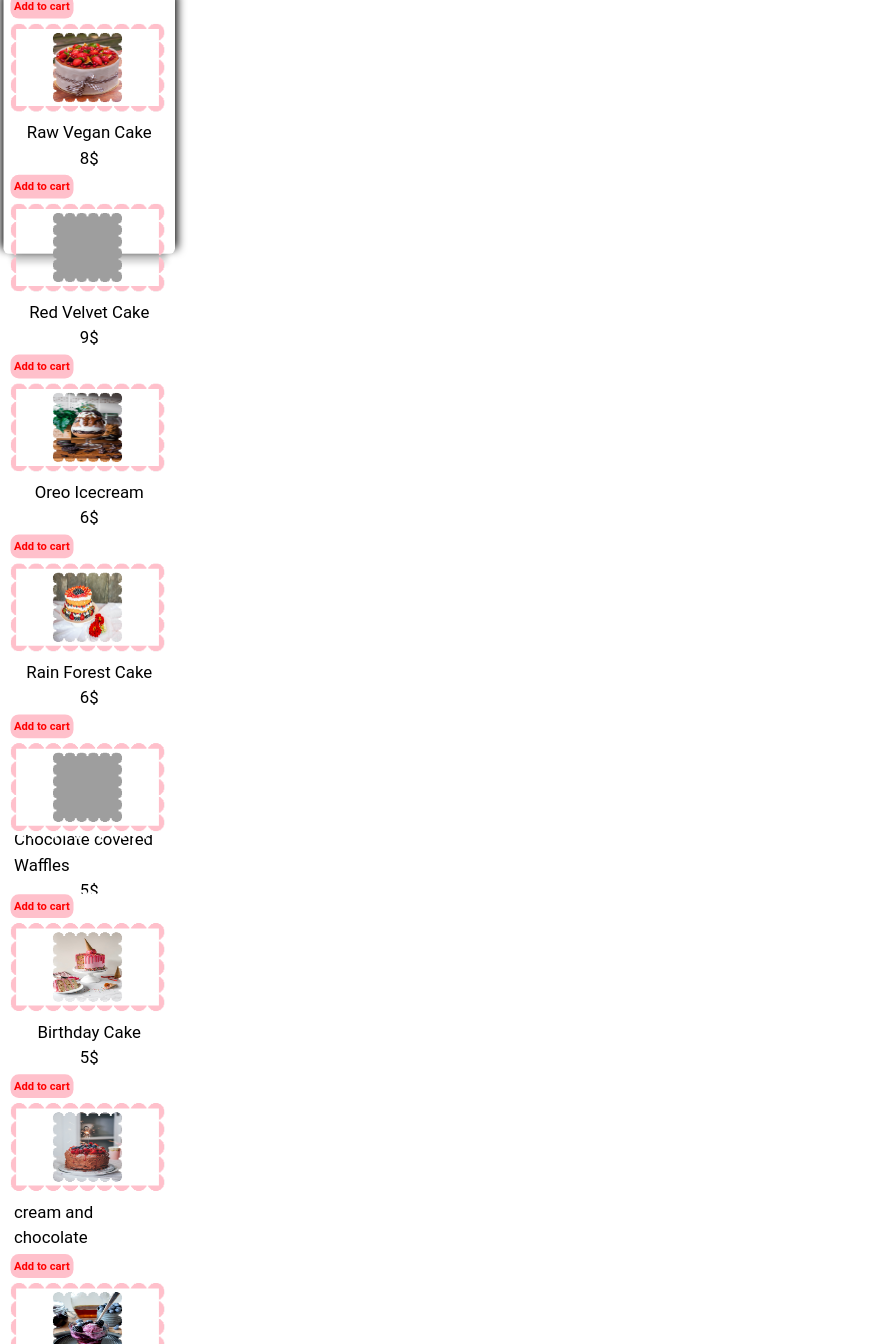
Repository: RalucaZota/cakeshop
Page: /
The author's editor kept a copy of each file at every save. The page is drawn from the files as they stood at one save, then again after the next save.
The browser window is 1280 px wide. The pictures show the part of the page from y = 2151 to 4071 px (the page is 9364 px tall before and 12938 px after), at 70% of full size.
Pictures or frames that could not be fetched are drawn as grey boxes. The project was rebuilt for these pictures with package versions that can differ from the ones it lists, and the page was loaded fresh each time. Requests to the local data server were answered from the project's data file. Also part of the build but not shown: vite.config.js, src/components/ProductItem.vue, src/views/Products.vue, src/views/About.vue, src/components/Carousel.vue, src/views/Contact.vue.

Above is the page before, as saved 2023-06-14 08:33:51.

After the next save:
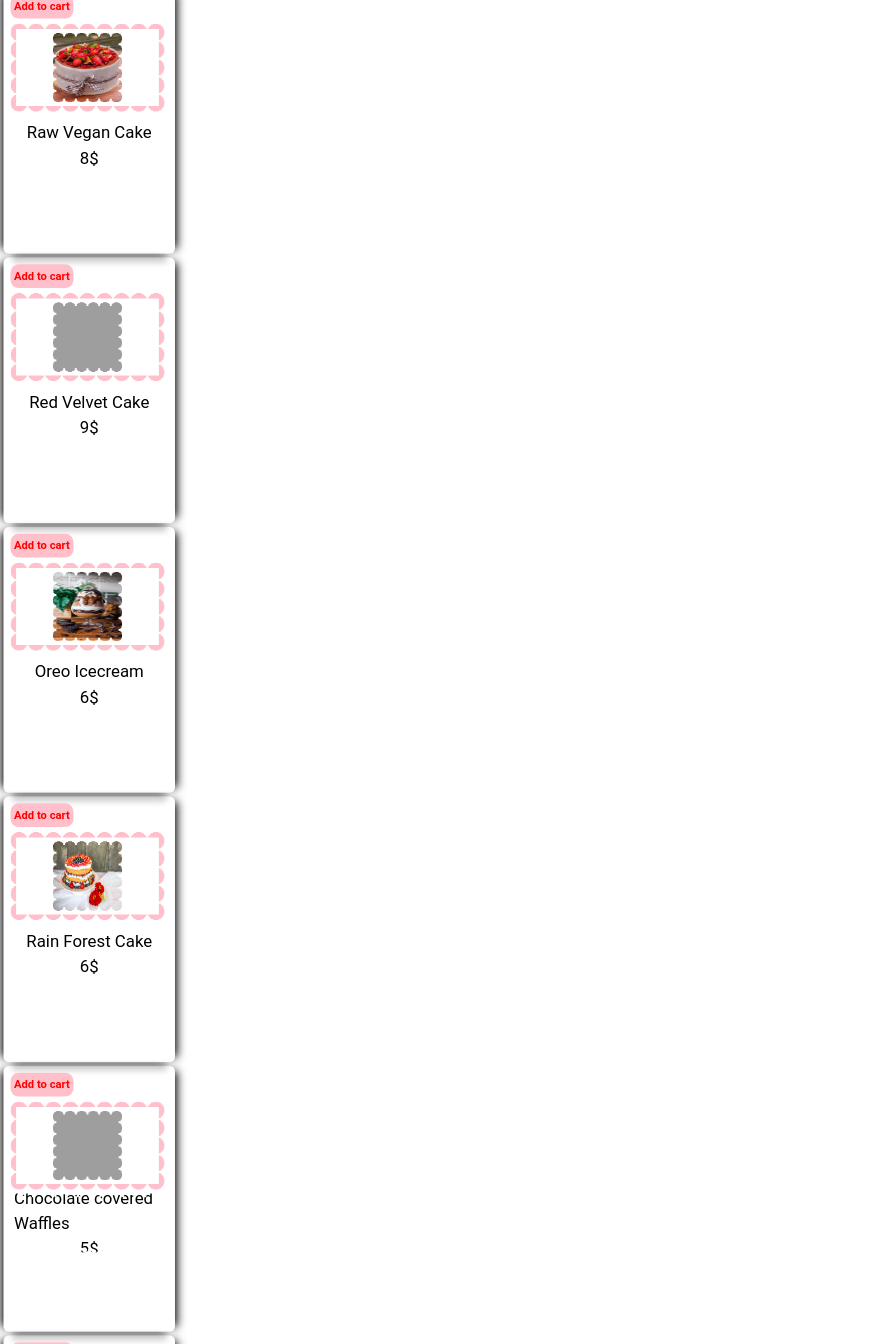
Saved 43 min 26 s later.
--- a/src/components/FavoriteProduct.vue
+++ b/src/components/FavoriteProduct.vue
@@ -1,6 +1,6 @@
 <template>
-  <article class="favorite-product">
-    <div v-for="(product, id) in products" :key="id">
+  <div v-for="(product, id) in products" :key="id">
+    <article class="favorite-product">
       <addto-cart-button />
       <div class="product-image-div">
         <img
@@ -15,9 +15,9 @@
         <h2>{{ product.price }}</h2>
 
       </div>
+    </article>
     </div>
         <button>click</button>
-  </article>
 </template>
 <script>
 import AddtoCartButton from './AddtoCartButton.vue'
